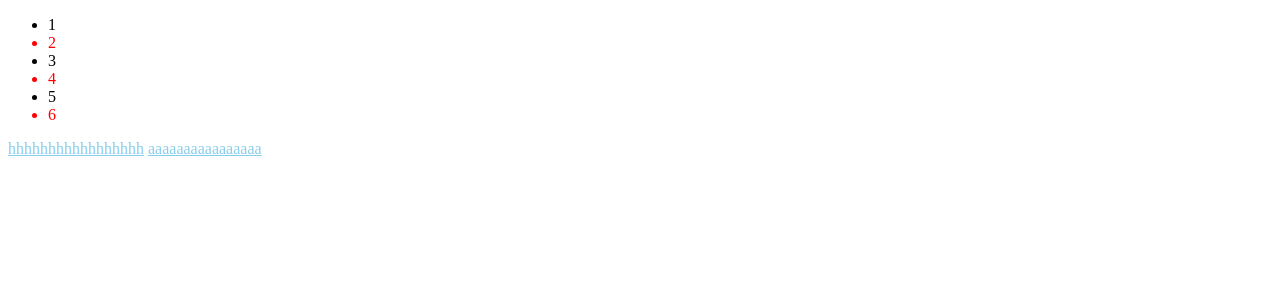
Repository: Richard-liyebin/study_note
Page: 1.html
The author's editor kept a copy of each file at every save. The page is drawn from the files as they stood at one save, then again after a run of saves.
The browser window is 1280 px wide. The pictures show the whole page.

Above is the page before, as saved 2020-08-19 12:56:11.

After the next 2 saves:
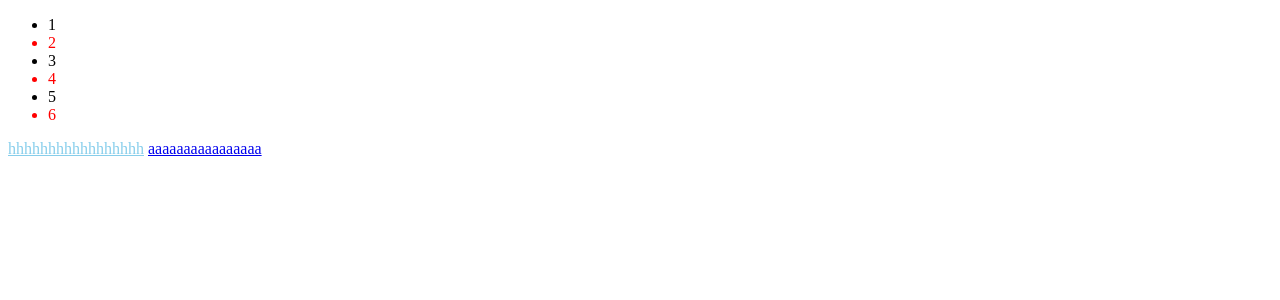
The 2 saves are shown as one change because they came seconds apart.
The last was saved 20 s later.
--- a/1.html
+++ b/1.html
@@ -9,10 +9,10 @@
     ul>li:nth-last-child(odd){
         color:red
     }
-    a:link{
+    a.author:link{
         color:skyblue
     }
-    a:visited{
+    a.author:visited{
         color:plum;
     }
 </style>

After the save that followed:
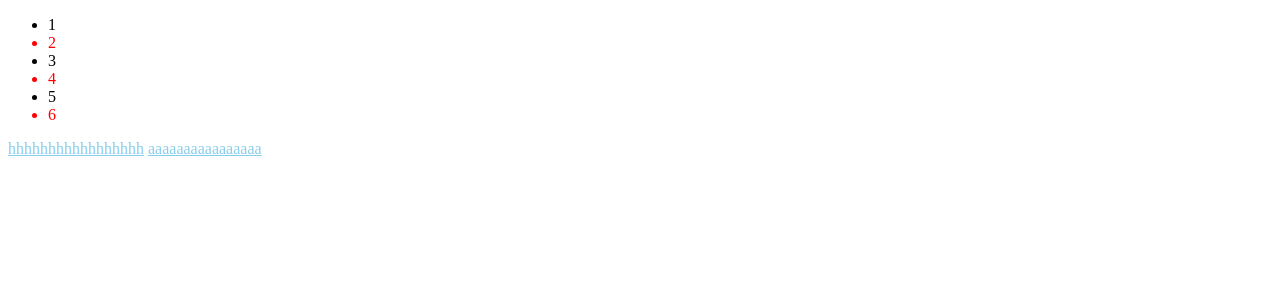
Saved 45 s later.
--- a/1.html
+++ b/1.html
@@ -9,7 +9,7 @@
     ul>li:nth-last-child(odd){
         color:red
     }
-    a.author:link{
+    a.author,a:link{
         color:skyblue
     }
     a.author:visited{
